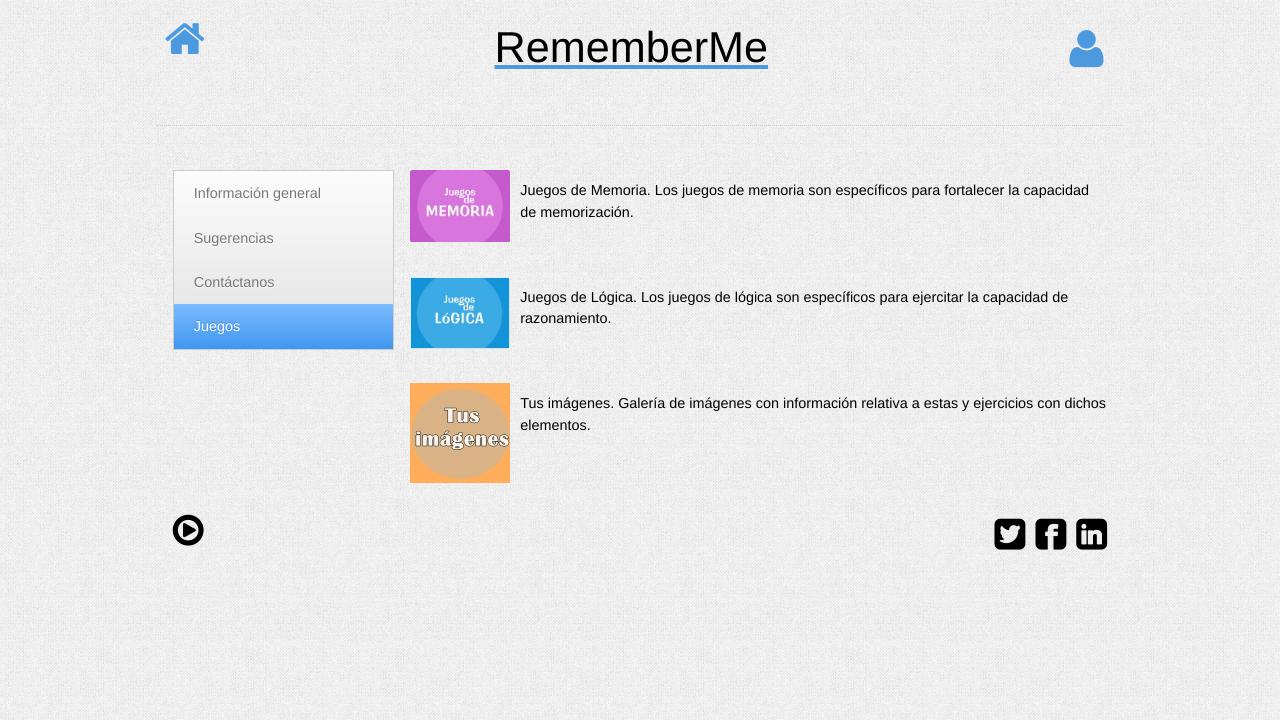
Repository: SCeruso/RememberMe
Page: contenidojuegos.html
The author's editor kept a record of every edit. The page is drawn from the files as they stood at one moment, then again after the next edit.
The browser window is 1280 px wide. The pictures show the whole page.
Some web libraries are served in a nearby version.

Above is the page before.

### contenidojuegos.html
<!DOCTYPE html>
<html>
<head>
	<!-- META -->
	<title>HTML KickStart Elements</title>
	<meta charset="UTF-8">
	<meta name="viewport" content="width=device-width, initial-scale=1.0"/>
	<meta name="description" content="" />

	<!-- CSS -->
	<link rel="stylesheet" type="text/css" href="css/kickstart.css" media="all" />
	<link rel="stylesheet" type="text/css" href="style.css" media="all" />

	<!-- Javascript -->
	<script type="text/javascript" src="https://ajax.googleapis.com/ajax/libs/jquery/1.9.1/jquery.min.js"></script>
	<script type="text/javascript" src="js/kickstart.js"></script>
</head>
<body>
<a name ="contenido.html#inicio">
<div class="grid">
	<div class="col_12">
		<h2 class="center">
               <a href="juegosde.html">
                    <i class="icon-home pull-left"></i>
                </a>

		 <a href="perfil.html">
			<i class="icon-user icon-border pull-right"></i>
		  </a>
        	       <p><a href="contenido.html"><font color = "black">RememberMe</a></font></p>

        	    </h2>
	</div>
	<hr/>
	<div class="col_12">
		<div class="col_3">
		<ul class="menu vertical">
			<li><a href="contenido.html">Informaci&oacute;n general</a></li>
			<li><a href="contenidosugerencias.html">Sugerencias</a></li>
			<li><a href="contenidocontacto.html">Cont&aacute;ctanos</a></li>
			<li class="current"><a href="contenidojuegos.html">Juegos</a></li>
		</ul>
		</div>
	<div class="col_9">
	<img class="align-left" src="memoria.jpg" width="100" height="100" />
	<p>Juegos de Memoria.
	Los juegos de memoria son específicos para fortalecer la capacidad de memorización.
	</p>
	<br></br>
	<img class="align-left" src="logica.jpg" width="100" height="100" />
	<p>Juegos de Lógica.
	Los juegos de lógica son específicos para ejercitar la capacidad de razonamiento.
	</p>
	<br></br>
	<img class="align-left" src="tusimagenes.jpg" width="100" height="100" />
	<p>Tus imágenes.
	Galería de imágenes con información relativa a estas y ejercicios con dichos elementos.
	</p>
	</div>

    <div class="col_12">
        <h3 class="right">
            <i class="icon-twitter-sign"></i>
            <i class="icon-facebook-sign"></i>
            <i class="icon-linkedin-sign"></i>
	    <i class=" icon-play-circle pull-left"></i>
        </h3>
    </div>
</div> <!-- End Grid -->
</body>
</html>

### style.css
/*
	99Lime.com HTML KickStart by Joshua Gatcke
	style.css

*/

/*---------------------------------
	IMPORTS
-----------------------------------*/
@import url(http://fonts.googleapis.com/css?family=Arimo:400,700);

/*---------------------------------
	OVERRIDES
-----------------------------------*/
h1,h2,h3,h4,h5,h6{
font-family: "Arimo", arial, verdana, sans-serif;
font-weight:normal;
}

thead th,
tbody th{
font-family: "Arimo", arial, verdana, sans-serif;
}

button,
a.btn,
input[type="submit"],
input[type="reset"],
input[type="button"]{
font-family: "Arimo", arial, verdana, sans-serif;
}

.menu{
font-family: "Arimo", arial, verdana, sans-serif;
}

blockquote{
font-family: "Arimo", arial, verdana, sans-serif;
}

/*---------------------------------
	LAYOUT
-----------------------------------*/
body{
margin:0;
padding:0 0 0 0;
color:#000;
/*background-repeat:repeat;*/
background:#efefef url(css/img/gray_jean.png);
/*background-size:cover;*/
/*background-image:url(css/img/gray_jean.png);*/
font:normal 0.9em/150% 'Arimo', arial, verdana, sans-serif;
text-shadow: 0 0 1px transparent; /* google font pixelation fix */
}

#wrap{
width:100%;
background:#fff;
margin:30px auto 30px auto;
padding:0 2%;
border:1px solid #ccc;
}


#footer{
text-align:center;
padding:20px;
margin:0;
border-top:1px solid #ddd;
color:#999;
font-size:0.8em;
text-shadow:0px 1px 1px #fff;
position: relative;
top:0;
left:0;
background:#fff;
}

	#link-top{
	display:none;
	}

/* NAV BAR*/
.navbar{
position:fixed;
top:0;
left:0;
width: 100%;
background:#000;
color:#fff;
z-index:1000;
}

	.navbar #logo{
	position:absolute;
	top:0;
	right:0;
	padding:0.5em 1em;
	font-size: 1.7em;
	color:#efefef;
	text-decoration:none;
	}

	.navbar span{
	color:#86dc00;
	}


	.navbar ul{
	display:inline-block;
	margin:0;
	padding:0;
	}

		.navbar li{
		margin:0;
		padding:0;
		list-style-type:0;
		display:inline-block;
		}

		.navbar li a{
		display:inline-block;
		color:#efefef;
		padding:1em 1.3em;
		text-decoration:none;
		text-transform: uppercase;
		line-height:100%;
		font-size: 1.2em;
		}

.callout{
background:#4598ef;/*#86dc00;*/
padding:3em 0;
color:#fff;
box-shadow:inset 0 0 10px rgba(0,0,0,0.2);
text-align: center;
text-shadow:0px 1px 3px rgba(0,0,0,0.2);
display:block;
}
	.callout + div.grid{margin-top:50px;}
	 a.callout{cursor:pointer;}
	 .callout i.icon-4x{font-size:6em;}
	 .callout h4{margin-bottom:30px;}
	 .callout-top{margin:50px 0 0 0;}
	 .callout p{margin-bottom:0;}
	 .callout .button{margin-top:10px;}
	 .callout.green{background:#19ad0b;/*#86dc00;*/}

#mc_embed_signup{
padding:30px 0;
}

#ui-preview{
border:5px solid #ddd;
margin:30px 0;
display:block;
}

### css/kickstart-forms.css
/*---------------------------------
	FORMS
-----------------------------------*/
form{
padding:0;
margin:0;
}

fieldset{
margin:30px 0 20px 0;
padding:5px 15px 15px 15px;
border:1px solid #ccc;
background:#f5f5f5;
-moz-border-radius:5px;
-webkit-border-radius:5px;
border-radius:5px;
position: relative;
top:0;
left:0;
}

	legend{
	-moz-border-radius:5px;
	-webkit-border-radius:5px;
	border-radius:5px;
	border:1px solid #ccc;
	background:#f5f5f5;
	padding:2px 10px;
	margin:0 0 0 0;
	display:block;
	position: relative;
	top:0;
	left:0;
	}

	/*IE ONLY - I know, this is a stop gap*/
	.msie fieldset{padding-top:25px;}
	.msie legend{position:absolute;top:-0.7em;left:10px;}

label{
display:inline-block;
*display:inline;
vertical-align: middle;
margin:0;
padding:0;
position:relative;
top:0;
left:0;
zoom:1;
-moz-box-sizing: border-box;
-webkit-box-sizing: border-box;
box-sizing: border-box;
}

	label.inline{
	display:inline;
	margin:0;
	}

	label span{
	color:#999;
	font-size:0.9em;
	}

	label span.right{
	position:absolute;
	bottom:0;
	right:0;
	text-align:right;
	display:inline-block;
	*display:inline;
	}

	label.disabled{
	color:#ccc;
	}

input{
display:inline-block;
*display:inline;
vertical-align: middle;
width:auto;
zoom:1;
margin:0;
border:1px solid #ccc;
font-size:1em;
padding:5px 0;
text-indent: 5px;
-moz-border-radius:5px;
-webkit-border-radius:5px;
border-radius:5px;
background:#fff;
-moz-box-shadow:inset 0 0 6px #ccc;
-webkit-box-shadow:inset 0 1px 6px #ccc;
box-shadow:inset 0 1px 6px #ccc;
-moz-box-sizing: border-box;
-webkit-box-sizing: border-box;
box-sizing: border-box;
}

	input::-webkit-input-placeholder,
	input:-moz-placeholder,
	.placeholder{
	color:#bbb;
	}

	input::-moz-focus-inner {border:0;}

	input[disabled="disabled"], input.disabled{
	color:#999;
	background:#f5f5f5;
	-moz-box-shadow:inset 0 0 2px #ddd;
	-webkit-box-shadow:inset 0 1px 2px #ddd;
	box-shadow:inset 0 1px 2px #ddd;
	}

	/* FOCUS STATES */
	input[type="text"]:focus,
	textarea:focus,
	button:focus,
	a.button:focus,
	select:focus,
	input[type="file"]:focus,
	input[type="password"]:focus{
	-webkit-box-shadow: 0 0 7px #6DB9FF;
	-moz-box-shadow   : 0 0 7px #6DB9FF;
	box-shadow        : 0 0 7px #6DB9FF;
	border: 1px solid #50B1FE;
	outline: none;
	}

	/* TRANSITION */
	input[type="text"],
	textarea,
	button,
	a.button,
	a,
	input[type="file"]{
	-moz-transition: -moz-box-shadow 0.5s, border 0.5s, background 0.5s;
	-webkit-transition: -webkit-box-shadow 0.5s, border 0.5s, background 0.5s;
	-o-transition:  box-shadow 0.5s, border 0.5s, background 0.5s;
	transition: box-shadow 0.5s, border 0.5s, background 0.5s;
	}

input.checkbox,
input[type="checkbox"]{
display:inline;
width:auto;
margin:0;
padding:0;
border:0;
background:none;
vertical-align:center;
*vertical-align: top;
}

input.radio,
input[type="radio"]{
display:inline;
width:auto;
margin:0;
padding:0;
border:0;
background:none;
vertical-align:center;
*vertical-align: top;
}

	input[type="radio"]:focus,
	input[ type="checkbox"]:focus{
	-webkit-box-shadow: 0 0 5px #6DB9FF;
	-moz-box-shadow   : 0 0 5px #6DB9FF;
	box-shadow        : 0 0 5px #6DB9FF;
	outline-color: #6DB9FF;
	}

input.file,
input[type="file"]{
/*font-size:0.8em;*/
-moz-box-shadow:none;
-webkit-box-shadow:none;
box-shadow:none;
border:none;
}

select{
display:inline;
width:auto;
margin:0;
border:1px solid #ccc;
line-height:100%;
padding:3px;
vertical-align: middle;
}

        select[disabled="disabled"], select.disabled{
        color:#999;
        background:#f5f5f5;
        -moz-box-shadow:inset 0 0 2px #ddd;
        -webkit-box-shadow:inset 0 1px 2px #ddd;
        box-shadow:inset 0 1px 2px #ddd;
        }

textarea{
width:auto;
height:200px;
margin:0;
border:1px solid #ccc;
padding:5px;
vertical-align: middle;
font-family:inherit;
font-size:0.9em;
-moz-border-radius:5px;
-webkit-border-radius:5px;
border-radius:5px;
-moz-box-shadow:inset 0 0 6px #ccc;
-webkit-box-shadow:inset 0 1px 6px #ccc;
box-shadow:inset 0 1px 6px #ccc;
-moz-box-sizing: border-box;
-webkit-box-sizing: border-box;
box-sizing: border-box;
}

/*---------------------------------
	COLUMN SIZES
-----------------------------------*/

/* sizes */
input[class*="col_"],
select[class*="col_"],
label[class*="col_"]{
float:none;display:inline-block;*display:inline;margin-bottom:0;
*margin-left: 0.5%;*margin-right: 0.5%;/* this is for IE 7 Only and is not a good fix - work needed here */
}

/*---------------------------------
	FORMS VERTICAL
-----------------------------------*/
form.vertical{

}

	form.vertical label{display:block;}
	form.vertical input,
	form.vertical select,
	form.vertical textarea{width:100%;display:block;margin-bottom:10px;}
	form.vertical .chzn-container{display:block;margin-bottom:10px;}
	form.vertical .chzn-choices{display:block;margin-bottom:10px;}

	/* radios & checks */
	form.vertical input.checkbox,
	form.vertical input[type="checkbox"],
	form.vertical input.radio,
	form.vertical input[type="radio"],
	form.vertical label.inline{display:inline;width:auto;margin:0;}
/*---------------------------------
	FORM VALIDATION
-----------------------------------*/
label.error{color:red;}
input.error{border:1px solid red;}
select.error{border:1px solid red;}

/*---------------------------------
	NOTICES
-----------------------------------*/
.notice{
border:1px solid gold;
background:lightyellow;
padding:10px 20px 10px 40px;
margin:10px 0;
-moz-border-radius:5px;
-webkit-border-radius:5px;
border-radius:5px;
color:#DEAE00;
line-height:120%;
vertical-align: center;
text-shadow:0px 1px rgba(255,255,255,0.5);
position:relative;
top:0;
left:0;
clear:both;
}

	.notice.warning{}/*default*/
	.notice.error{border:1px solid red;background:pink;color:red;}
	.notice.success{border:1px solid green;background:lightgreen;color:green;}
	.notice i[class^='icon-']{position:absolute;top:50%;left:0.8em;margin-top:-0.6em;}
	.notice a[class^='icon-remove'],
	.notice a[class^='icon-remove']:active,
	.notice a[class^='icon-remove']:visited{font-size:12px;position:absolute;top:5px;right:5px;left:auto;color:inherit;margin-top:0;left:auto;}

### css/kickstart-grid.css
/*
	99Lime.com HTML KickStart by Joshua Gatcke
	kickstart-grids.css

	DO NOT EDIT THIS FILE unless you know what you are doing.
*/
/*---------------------------------
	GRID/COLUMNS
-----------------------------------
	tinyfluidgrid.com
	& girlfriendnyc.com
	with changes by 99Lime
-----------------------------------*/
 /*
 & Columns : 12
 & Gutter %: 20%
 & MaxWidth: 1280px
 */

.grid{
max-width:1220px;
margin:0 auto;
padding:0 2em;
}

.grid.flex{
width:100%;
max-width:100%;
padding:0 2%;
padding:2em;
}

.row{
display:block;
overflow:hidden;
clear:both;
}

*[class*="col_"].alpha{margin-left:0;}
*[class*="col_"].omega{margin-right:0;}

.col_1  { width: 6.6666666666667%; }
.col_2  { width: 15%; }
.col_3  { width: 23.333333333333%; }
.col_4  { width: 31.666666666667%; }
.col_5  { width: 40%; }
.col_6  { width: 48.333333333333%; }
.col_7  { width: 56.666666666667%; }
.col_8  { width: 65%; }
.col_9  { width: 73.333333333333%; }
.col_10 { width: 81.666666666667%; }
.col_11 { width: 90%; }
.col_12 { width: 98.333333333333%; }

*[class*="col_"]{
margin-left: 0.83333333333333%;
margin-right: 0.83333333333333%;
margin-top:0.5em;
margin-bottom:0.5em;
float: left;
display: block;
}

.grid img{
max-width: 100%;
height:auto;
}

.clear{clear:both;display:block;overflow:hidden;visibility:hidden;width:0;height:0}
.clearfix:after{clear:both;content:' ';display:block;font-size:0;line-height:0;visibility:hidden;width:0;height:0}
* html .clearfix, *:first-child+html .clearfix{zoom:1}

/* Viewable Grids
	To view your grids, add the class .visible to any grid container.
	This will add a background color so you can see the layout of your grids.
*/
*[class*="col_"].visible{
background:#eee;
border:1px dotted #ccc;
}


/*---------------------------------
	Responsive Grid Media Queries - 1280, 1024, 768, 480
	1280-1024 	- desktop (default grid)
	1024-768 	- tablet landscape
	768-480 	- tablet
	480-less 	- phone landscape & smaller
-----------------------------------*/
@media all and (min-width: 1024px) and (max-width: 1280px) {

	.grid *[class*="col_"]{}
	.grid{max-width: 1024px;}
	.show-desktop	{display:block;}
	.hide-desktop	{display:none;}
	.show-tablet	{display:none;}
	.hide-tablet	{display:block;}
	.show-phone		{display:none;}
	.hide-phone		{display:block;}

}

@media all and (min-width: 768px) and (max-width: 1024px) {

	.grid *[class*="col_"]{}
	.grid{max-width: 768px;}
	.show-desktop	{display:none;}
	.hide-desktop	{display:block;}
	.show-tablet	{display:block;}
	.hide-tablet	{display:none;}
	.show-phone		{display:none;}
	.hide-phone		{display:block;}

}


@media all and (min-width: 480px) and (max-width: 768px) {

	.grid *[class*="col_"]{
	float:none;
	width:auto;
	clear:both;
	display:block;
	}

	/* columns inside of columns */
	.grid *[class*="col_"] [class*="col_"]{
	margin-left:0;
	margin-right:0;
	width:100%;
	}

	.grid{max-width: 480px;}
	.show-desktop	{display:none;}
	.hide-desktop	{display:block;}
	.show-tablet	{display:block;}
	.hide-tablet	{display:none;}
	.show-phone		{display:none;}
	.hide-phone		{display:block;}

}

@media all and (max-width: 480px) {

	.grid *[class*="col_"]{
	float:none;
	width:auto;
	clear:both;
	display:block;
	}

	/* columns inside of columns */
	.grid *[class*="col_"] [class*="col_"]{
	margin-left:0;
	margin-right:0;
	width:100%;
	}

	.grid{max-width: 100%;/*320*/}
	.show-desktop	{display:none;}
	.hide-desktop	{display:block;}
	.show-tablet	{display:none;}
	.hide-tablet	{display:block;}
	.show-phone		{display:block;}
	.hide-phone		{display:none;}

}

### css/kickstart-slideshow.css
/*---------------------------------
	SLIDESHOW2 - Slight Fixes for the slideshow layout *needs work
-----------------------------------*/

	.slideshow{
	clear:both;
	margin:0;
	padding:0;
	width:auto;
	height:auto;
	overflow:hidden;
	}

		.slideshow li{
		list-style-type:none;
		margin:0;
		padding:0;
		float:left;
		display:block;
		}

/**
 * BxSlider v4.0 - Fully loaded, responsive content slider
 * http://bxslider.com
 *
 * Written by: Steven Wanderski, 2012
 * http://stevenwanderski.com
 * (while drinking Belgian ales and listening to jazz)
 *
 * CEO and founder of bxCreative, LTD
 * http://bxcreative.com
 */


/** RESET AND LAYOUT
===================================*/
.bx-wrapper, .bx-wrapper *{
	-webkit-box-sizing: content-box; /* Safari/Chrome, other WebKit */
  	-moz-box-sizing: content-box;    /* Firefox, other Gecko */
  	box-sizing: content-box;         /* Opera/IE 8+ */
}

.bx-wrapper {
	position: relative;
	margin: 0 0 60px;
	padding: 0;
	*zoom: 1;
}

.bx-wrapper img {
	width: 100%;
	display: block;
}

/** THEME
===================================*/

.bx-wrapper .bx-viewport {
	-moz-box-shadow: 0 0 5px #ccc;
	-webkit-box-shadow: 0 0 5px #ccc;
	box-shadow: 0 0 5px #ccc;
	border: solid #fff 5px;
	left: 0;
	background: #fff;
}

.bx-wrapper .bx-pager,
.bx-wrapper .bx-controls-auto {
	position: absolute;
	bottom: -30px;
	width: 100%;
}

/* LOADER */

.bx-wrapper .bx-loading {
	min-height: 50px;
	background: url(img/bx_loader.gif) center center no-repeat #fff;
	height: 100%;
	width: 100%;
	position: absolute;
	top: 0;
	left: 0;
	z-index: 2000;
}

/* PAGER */

.bx-wrapper .bx-pager {
	text-align: center;
	font-size: .85em;
	font-family: Arial;
	font-weight: bold;
	color: #666;
	padding-top: 20px;
}

.bx-wrapper .bx-pager .bx-pager-item,
.bx-wrapper .bx-controls-auto .bx-controls-auto-item {
	display: inline-block;
	*zoom: 1;
	*display: inline;
}

.bx-wrapper .bx-pager.bx-default-pager a {
	background: #666;
	text-indent: -9999px;
	display: block;
	width: 10px;
	height: 10px;
	margin: 0 5px;
	outline: 0;
	-moz-border-radius: 5px;
	-webkit-border-radius: 5px;
	border-radius: 5px;
}

.bx-wrapper .bx-pager.bx-default-pager a:hover,
.bx-wrapper .bx-pager.bx-default-pager a.active {
	background: #000;
}

/* DIRECTION CONTROLS (NEXT / PREV) */

.bx-wrapper .bx-prev {
	left: 10px;
	background: url(img/controls.png) no-repeat 0 -32px;
}

.bx-wrapper .bx-next {
	right: 10px;
	background: url(img/controls.png) no-repeat -43px -32px;
}

.bx-wrapper .bx-prev:hover {
	background-position: 0 0;
}

.bx-wrapper .bx-next:hover {
	background-position: -43px 0;
}

.bx-wrapper .bx-controls-direction a {
	position: absolute;
	top: 50%;
	margin-top: -16px;
	outline: 0;
	width: 32px;
	height: 32px;
	text-indent: -9999px;
	z-index: 9999;
}

.bx-wrapper .bx-controls-direction a.disabled {
	display: none;
}

/* AUTO CONTROLS (START / STOP) */

.bx-wrapper .bx-controls-auto {
	text-align: center;
}

.bx-wrapper .bx-controls-auto .bx-start {
	display: block;
	text-indent: -9999px;
	width: 10px;
	height: 11px;
	outline: 0;
	background: url(img/controls.png) -86px -11px no-repeat;
	margin: 0 3px;
}

.bx-wrapper .bx-controls-auto .bx-start:hover,
.bx-wrapper .bx-controls-auto .bx-start.active {
	background-position: -86px 0;
}

.bx-wrapper .bx-controls-auto .bx-stop {
	display: block;
	text-indent: -9999px;
	width: 9px;
	height: 11px;
	outline: 0;
	background: url(img/controls.png) -86px -44px no-repeat;
	margin: 0 3px;
}

.bx-wrapper .bx-controls-auto .bx-stop:hover,
.bx-wrapper .bx-controls-auto .bx-stop.active {
	background-position: -86px -33px;
}

/* PAGER WITH AUTO-CONTROLS HYBRID LAYOUT */

.bx-wrapper .bx-controls.bx-has-controls-auto.bx-has-pager .bx-pager {
	text-align: left;
	width: 80%;
}

.bx-wrapper .bx-controls.bx-has-controls-auto.bx-has-pager .bx-controls-auto {
	right: 0;
	width: 35px;
}

/* IMAGE CAPTIONS */

.bx-wrapper .bx-caption {
	position: absolute;
	bottom: 0;
	left: 0;
	background: #666\9;
	background: rgba(80, 80, 80, 0.75);
	width: 100%;
}

.bx-wrapper .bx-caption span {
	color: #fff;
	font-family: Arial;
	display: block;
	font-size: .85em;
	padding: 10px;
}

### css/tiptip.css
/*
	TipTip CSS - Version 1.2
	http://code.drewwilson.com/entry/tiptip-jquery-plugin
*/

#tiptip_holder { display: none; position: absolute; top: 0; left: 0; z-index: 99999; }
#tiptip_holder.tip_top { padding-bottom: 5px; }
#tiptip_holder.tip_bottom { padding-top: 5px; }
#tiptip_holder.tip_right { padding-left: 5px; }
#tiptip_holder.tip_left { padding-right: 5px; }

#tiptip_content {
font-size: 11px;
color: #fff;
text-shadow: 0 0 2px #000;
padding: 4px 8px;
border: 1px solid rgba(255,255,255,0.25);
background:#212121;
background-color: rgba(25,25,25,0.92);
background-image: -webkit-gradient(linear, 0% 0%, 0% 100%, from(transparent), to(#000));
-webkit-border-radius: 3px;
-moz-border-radius: 3px;
border-radius: 3px;
-webkit-box-shadow: 0 0 3px #555;
-moz-box-shadow: 0 0 3px #555;
box-shadow: 0 0 3px #555;
*background:#212121;
}

#tiptip_arrow, #tiptip_arrow_inner {
position: absolute;
border-color: transparent;
border-style: solid;
border-width: 6px;
height: 0;
width: 0;
}

#tiptip_holder.tip_top #tiptip_arrow {
border-top-color: #fff;
border-top-color: rgba(255,255,255,0.35);
}

#tiptip_holder.tip_bottom #tiptip_arrow {
border-bottom-color: #fff;
border-bottom-color: rgba(255,255,255,0.35);
}

#tiptip_holder.tip_right #tiptip_arrow {
border-right-color: #fff;
border-right-color: rgba(255,255,255,0.35);
}

#tiptip_holder.tip_left #tiptip_arrow {
border-left-color: #fff;
border-left-color: rgba(255,255,255,0.35);
}

#tiptip_holder.tip_top #tiptip_arrow_inner {
margin-top: -7px;
margin-left: -6px;
border-top-color: rgb(25,25,25);
border-top-color: rgba(25,25,25,0.92);
}

#tiptip_holder.tip_bottom #tiptip_arrow_inner {
margin-top: -5px;
margin-left: -6px;
border-bottom-color: rgb(25,25,25);
border-bottom-color: rgba(25,25,25,0.92);
}

#tiptip_holder.tip_right #tiptip_arrow_inner {
margin-top: -6px;
margin-left: -5px;
border-right-color: rgb(25,25,25);
border-right-color: rgba(25,25,25,0.92);
}

#tiptip_holder.tip_left #tiptip_arrow_inner {
margin-top: -6px;
margin-left: -7px;
border-left-color: rgb(25,25,25);
border-left-color: rgba(25,25,25,0.92);
}

/* Webkit Hacks  */
@media screen and (-webkit-min-device-pixel-ratio:0) {
	#tiptip_content {
		padding: 4px 8px 5px 8px;
		background-color: rgba(45,45,45,0.88);
	}
	#tiptip_holder.tip_bottom #tiptip_arrow_inner {
		border-bottom-color: rgba(45,45,45,0.88);
	}
	#tiptip_holder.tip_top #tiptip_arrow_inner {
		border-top-color: rgba(20,20,20,0.92);
	}
}

Loaded but not shown: css/jquery.fancybox-1.3.4.css (library); css/prettify.css (common file); css/fonts/fontawesome/css/font-awesome.min.css (library); js/kickstart.js (424 lines, source omitted); css/kickstart-buttons.css (369 lines, source omitted); css/kickstart.css (508 lines, source omitted); css/kickstart-menus.css (180 lines, source omitted)

After the next edit:
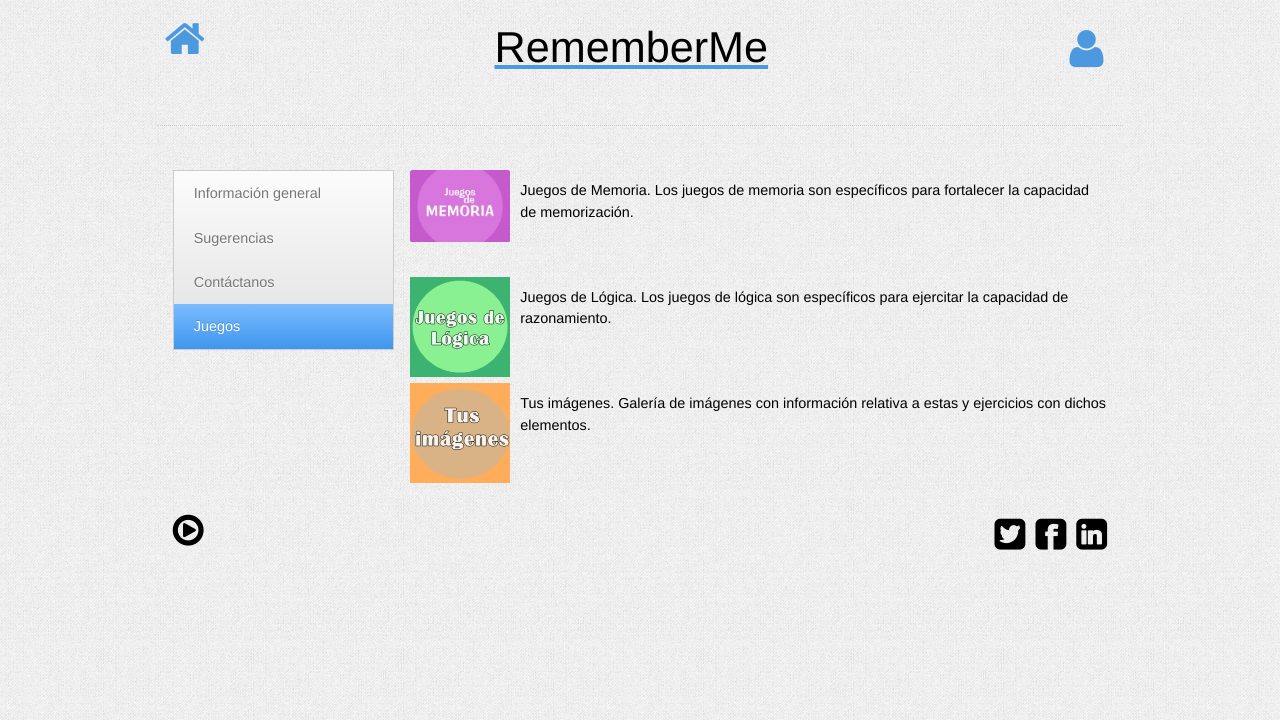
The edit:
--- a/contenidojuegos.html
+++ b/contenidojuegos.html
@@ -47,7 +47,7 @@
 	Los juegos de memoria son específicos para fortalecer la capacidad de memorización.
 	</p>
 	<br></br>
-	<img class="align-left" src="logica.jpg" width="100" height="100" />
+	<img class="align-left" src="logic.jpg" width="100" height="100" />
 	<p>Juegos de Lógica.
 	Los juegos de lógica son específicos para ejercitar la capacidad de razonamiento.
 	</p>
